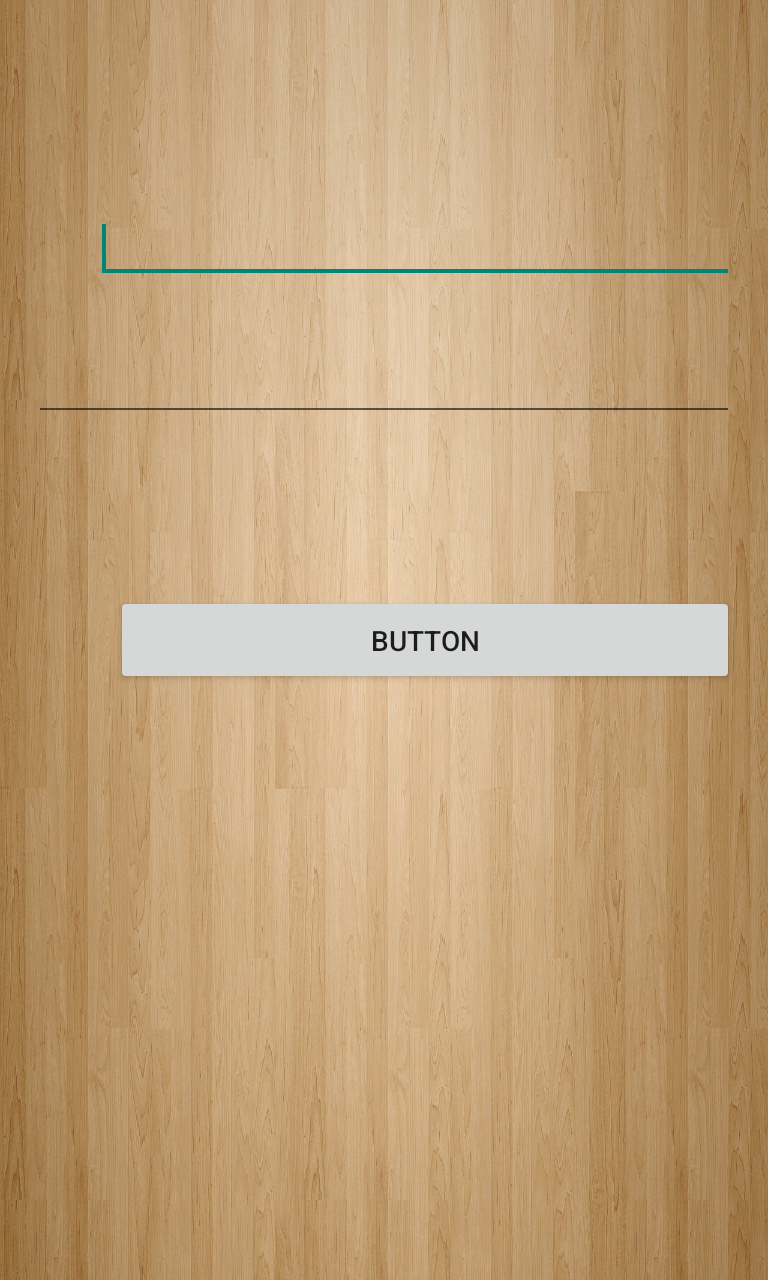
Repository: vipinvkamara/SampleProgram
Layout: SharedPreferance/res/layout/activity_main.xml
An editor plug-in stored every save of this project. The layout is shown before and after the next save, followed by the edit.
It is drawn on a 768 x 1280 px phone screen (xhdpi) without system bars, with theme AppTheme; the app's code is not run.

Above is the layout before, as saved 2015-01-02 05:52:16.

### SharedPreferance/res/layout/activity_main.xml
<RelativeLayout xmlns:android="http://schemas.android.com/apk/res/android"
    xmlns:tools="http://schemas.android.com/tools"
    android:layout_width="match_parent"
    android:layout_height="match_parent"
    android:background="@drawable/wood"
    android:paddingBottom="@dimen/activity_vertical_margin"
    android:paddingLeft="@dimen/activity_horizontal_margin"
    android:paddingRight="@dimen/activity_horizontal_margin"
    android:paddingTop="@dimen/activity_vertical_margin"
    tools:context="com.example.sharedpreferance.MainActivity" >

    <EditText
        android:id="@+id/editText1"
        android:layout_width="match_parent"
        android:layout_height="wrap_content"
        android:layout_alignParentLeft="true"
        android:layout_alignParentTop="true"
        android:layout_marginLeft="31dp"
        android:layout_marginTop="86dp"
        android:ems="10" >

        <requestFocus />
    </EditText>

    <EditText
        android:id="@+id/editText2"
        android:layout_width="match_parent"
        android:layout_height="wrap_content"
        android:layout_below="@+id/editText1"
        android:layout_centerHorizontal="true"
        android:layout_marginTop="28dp"
        android:ems="10"
        android:inputType="textPassword" />

    <Button
        android:id="@+id/button1"
        android:layout_width="match_parent"
        android:layout_height="wrap_content"
        android:layout_alignLeft="@+id/editText2"
        android:layout_centerVertical="true"
        android:layout_marginLeft="41dp"
        android:text="Button" />

</RelativeLayout>

Loaded but not shown: SharedPreferance/res/values/styles.xml (common file); SharedPreferance/res/values-v11/styles.xml (common file); SharedPreferance/res/values-v14/styles.xml (common file); SharedPreferance/res/values/dimens.xml (common file); SharedPreferance/res/values-w820dp/dimens.xml (common file)

After the next save:
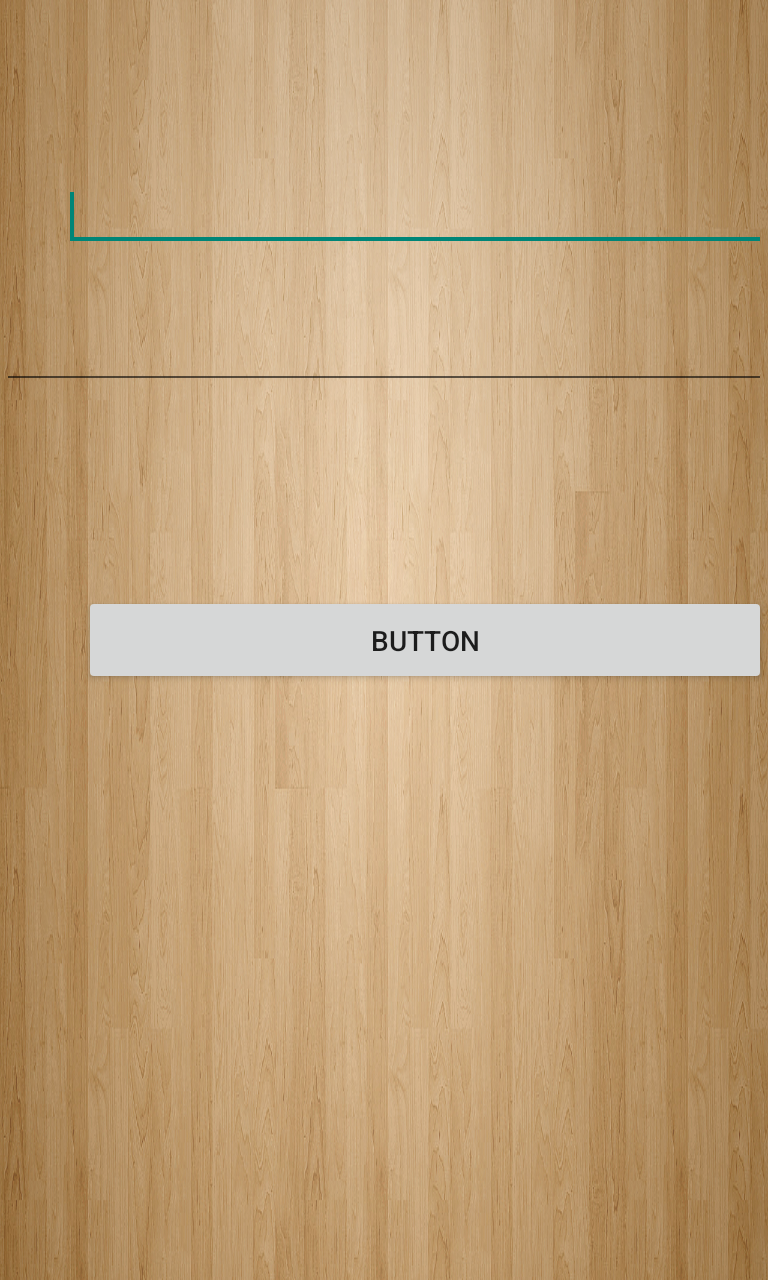
Saved 16 s later.
--- a/SharedPreferance/res/layout/activity_main.xml
+++ b/SharedPreferance/res/layout/activity_main.xml
@@ -3,10 +3,7 @@
     android:layout_width="match_parent"
     android:layout_height="match_parent"
     android:background="@drawable/wood"
-    android:paddingBottom="@dimen/activity_vertical_margin"
-    android:paddingLeft="@dimen/activity_horizontal_margin"
-    android:paddingRight="@dimen/activity_horizontal_margin"
-    android:paddingTop="@dimen/activity_vertical_margin"
+
     tools:context="com.example.sharedpreferance.MainActivity" >
 
     <EditText
